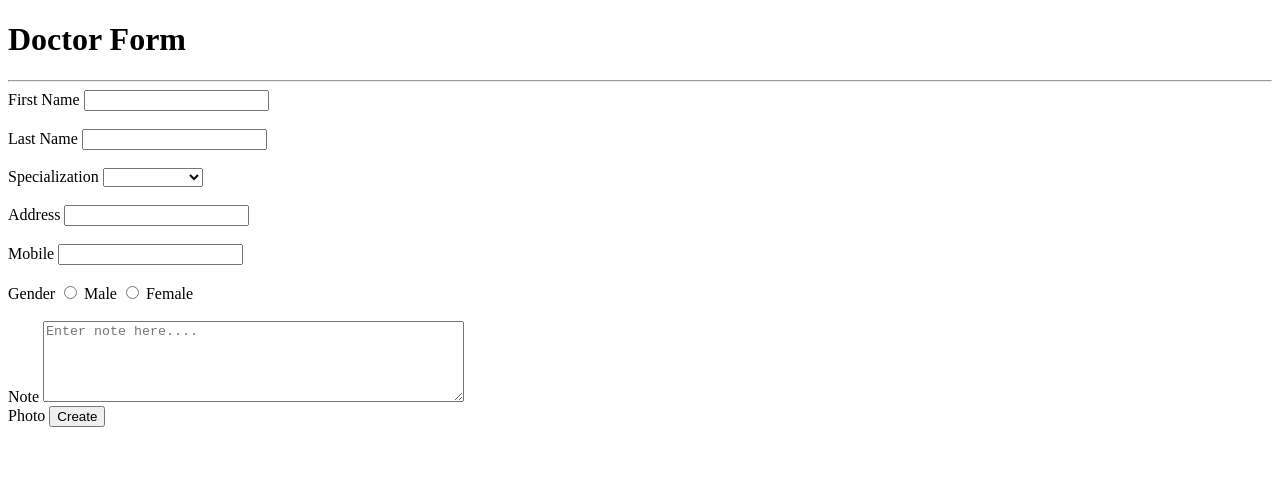
Repository: aayush105/Advance-Java
Page: http://localhost/Doctorpatient/Doctor.jsp
An editor plug-in stored every save of this project. The page is shown before and after the next save, followed by the edit.
The browser window is 1280 px wide. The pictures show the whole page.
The page is served by Tomcat 10. Other server files are loaded and not shown.

Above is the page before, as saved 2023-07-20 10:55:33.

### Doctorpatient/src/main/webapp/Doctor.jsp
<%@ page language="java" contentType="text/html; charset=UTF-8"
    pageEncoding="UTF-8"%>
<!DOCTYPE html>
<html>
<head>
<meta charset="UTF-8">
<title>Doctor</title>
</head>
<body>
<h1>Doctor Form</h1>
<hr>
<form action="DoctorServlet" method="POST">

First Name <input type ="text" name ="fname"><br><br>
Last Name <input type ="text" name ="lname"><br><br>
Specialization  <select data-placeholder="Choose your specialization" name="specialization">
    <option value=""></option>
    <option>Cardiologists</option>
    <option>Neurologist</option>
    <option>Surgeon</option>
    <option>Gynecologist</option>
  </select>
 <br><br>
Address <input type ="text" name ="address"><br><br>
Mobile <input type ="text" name ="mobile"><br><br>
Gender <input type="radio" name="gender" value="male"> Male
<input type="radio" name="gender" value="female"> Female
<br><br>
Note <textarea rows = "5" cols = "50" name = "description" placeholder ="Enter note here...."></textarea><br>

Photo

  <input type="submit" value="Create" >

</form>
</body>
</html>

After the next save:
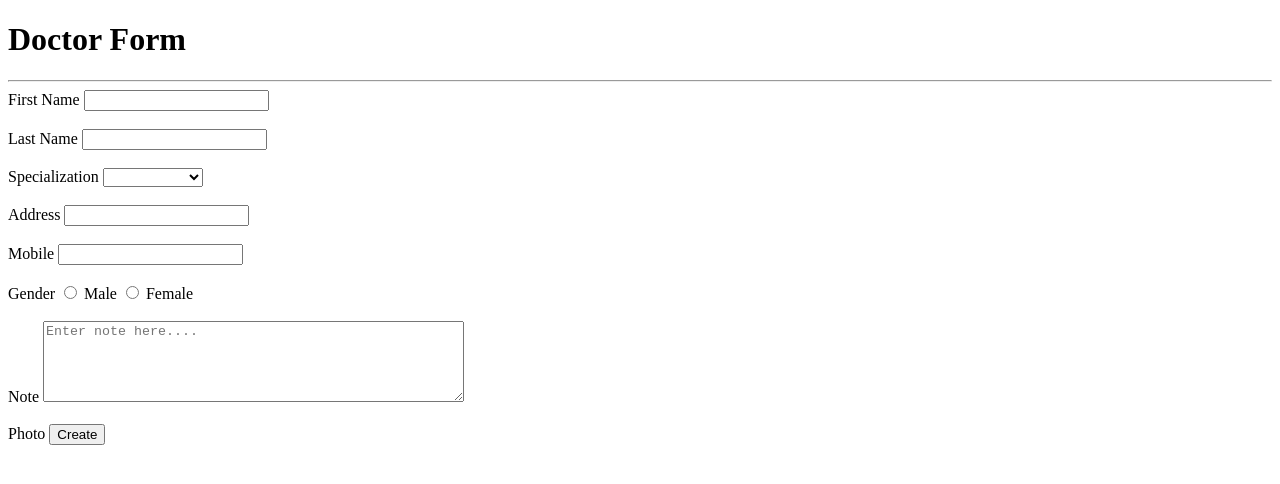
Saved 4 s later.
--- a/Doctorpatient/src/main/webapp/Doctor.jsp
+++ b/Doctorpatient/src/main/webapp/Doctor.jsp
@@ -26,7 +26,7 @@ Mobile <input type ="text" name ="mobile"><br><br>
 Gender <input type="radio" name="gender" value="male"> Male
 <input type="radio" name="gender" value="female"> Female
 <br><br>
-Note <textarea rows = "5" cols = "50" name = "description" placeholder ="Enter note here...."></textarea><br>
+Note <textarea rows = "5" cols = "50" name = "description" placeholder ="Enter note here...."></textarea><br><br>
 
 Photo
 
